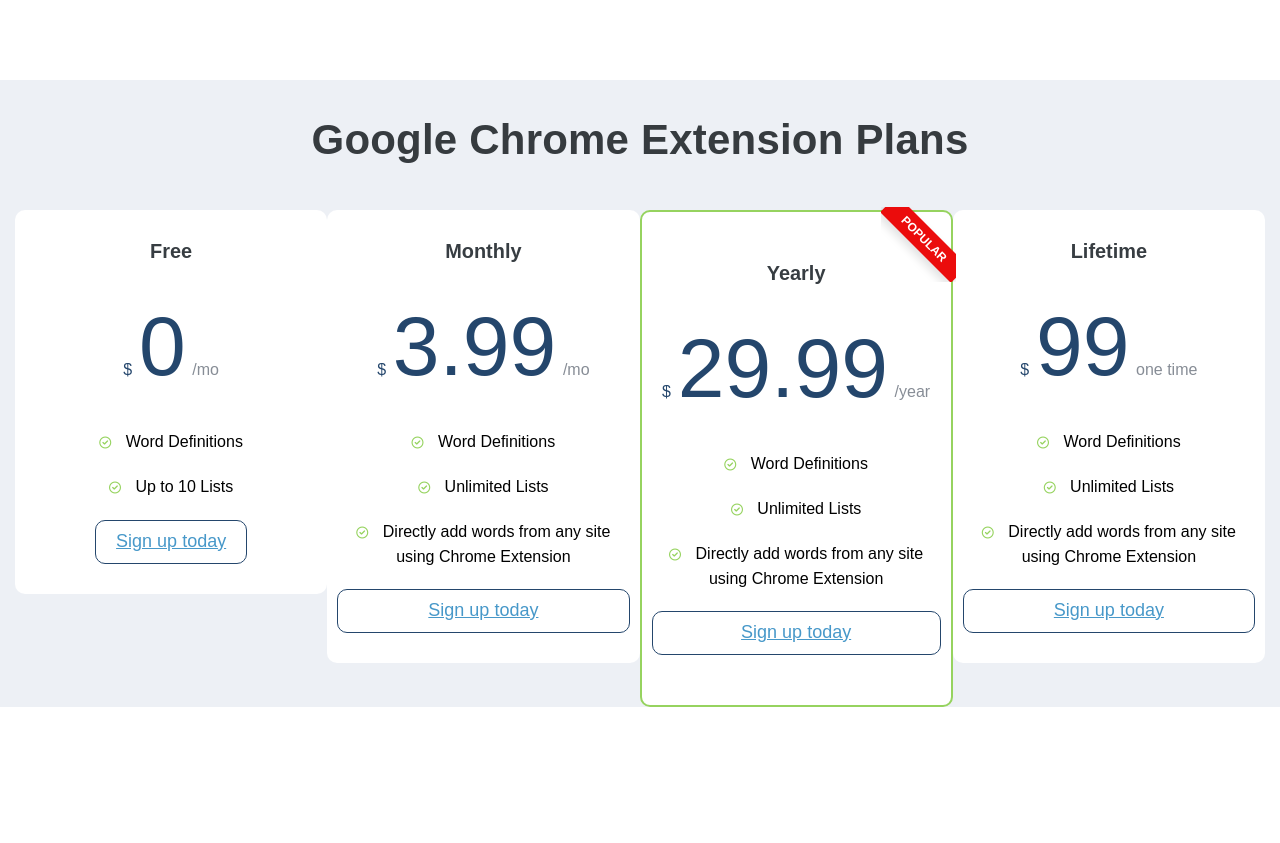
Repository: Novoselets28/chatos-test-task
Page: index.html
The author's editor kept a copy of each file at every save. The page is drawn from the files as they stood at one save, then again after the next save.
The browser window is 1280 px wide. The pictures show the whole page.

Above is the page before, as saved 2023-04-19 22:01:16.

### index.html
<!DOCTYPE html>
<html lang="en">
<head>
    <meta charset="UTF-8">
    <meta http-equiv="X-UA-Compatible" content="IE=edge">
    <meta name="viewport" content="width=device-width, initial-scale=1.0">
    <link rel="stylesheet" type="text/css" href="index.css" />
    <link rel="stylesheet" href="https://cdnjs.cloudflare.com/ajax/libs/font-awesome/6.0.0/css/all.min.css">
    <link rel="preconnect" href="https://fonts.googleapis.com">
    <link rel="preconnect" href="https://fonts.gstatic.com" crossorigin>
    <link href="https://fonts.googleapis.com/css2?family=Arimo:wght@400;700&family=Rubik&display=swap" rel="stylesheet">
    <title>Document</title>
</head>
<body>
    <div class="page__extension extension">
        <div class="extension__container _container">
            <div class="extension__header header-block">
                <h2 class="header-block__title">Google Chrome Extension Plans</h2>
            </div>
            <div class="extension__items">
                <!-- Modern pricing table - Free -->
                <div class="extension__item item-extension">
                    <h5 class="item-extension__title">Free</h5>
                    <div class="item-extension__price price-item">
                        <span class="price-item__dollar">$</span>
                        <span class="price-item__number">0</span>
                        <span class="price-item__label">/mo</span>
                    </div>
                    <div class="item-extension__points">
                        <ul class="item-extension__point point-list">
                            <li class="point-list__item">
                                <i class="icon fa-regular fa-circle-check" style="color: #96d35f;"></i>
                                Word Definitions
                            </li>
                            <li class="point-list__item">
                                <i class="icon fa-regular fa-circle-check" style="color: #96d35f;"></i>
                                Up to 10 Lists
                            </li>
                        </ul>
                        <a href="https://boostvocab.com/register" class="item-extension__button">Sign up today</a>
                    </div>

                </div>
                <!-- END : Modern pricing table - Free -->
                <!-- Modern pricing table - MOnthly -->
                <div class="extension__item item-extension">
                    <h5 class="item-extension__title">Monthly</h5>
                    <div class="item-extension__price price-item">
                        <span class="price-item__dollar">$</span>
                        <span class="price-item__number">3.99</span>
                        <span class="price-item__label">/mo</span>
                    </div>
                    <div class="item-extension__points">
                        <ul class="item-extension__point point-list">
                            <li class="point-list__item">
                                <i class="icon fa-regular fa-circle-check" style="color: #96d35f;"></i>
                                Word Definitions
                            </li>
                            <li class="point-list__item">
                                <i class="icon fa-regular fa-circle-check" style="color: #96d35f;"></i>
                                Unlimited Lists
                            </li>
                            <li class="point-list__item">
                                <i class="icon fa-regular fa-circle-check" style="color: #96d35f;"></i>
                                Directly add words from any site using Chrome Extension
                            </li>
                        </ul>
                        <a target="new" href="https://buy.stripe.com/5kAdRpbLh3k71RS6oo" class="item-extension__button">Sign up today</a>
                    </div>
                </div>
                <!-- END : Modern pricing table - Monthly -->
                <!-- Modern pricing table - Yearly -->
                <div class="extension__item item-extension item-extension_active" style="z-index: 2;">
                    <div class="ribbon"><span>POPULAR</span></div>
                    <h5 class="item-extension__title">Yearly</h5>
                    <div class="item-extension__price price-item">
                        <span class="price-item__dollar">$</span>
                        <span class="price-item__number">29.99</span>
                        <span class="price-item__label">/year</span>
                    </div>
                    <div class="item-extension__points">
                       <ul class="item-extension__point point-list">
                            <li class="point-list__item">
                                <i class="icon fa-regular fa-circle-check" style="color: #96d35f;"></i>
                                Word Definitions
                            </li>
                            <li class="point-list__item">
                                <i class="icon fa-regular fa-circle-check" style="color: #96d35f;"></i>
                                Unlimited Lists
                            </li>
                            <li class="point-list__item">
                                <i class="icon fa-regular fa-circle-check" style="color: #96d35f;"></i>
                                Directly add words from any site using Chrome Extension
                            </li>
                        </ul>
                        <a target="new" href="https://buy.stripe.com/aEU6oX3eL6wjdAA7st" class="item-extension__button">Sign up today</a>
                    </div>
                </div>
                <!-- END : Modern pricing table - Yearly -->
                <!-- Modern pricing table - Lifetime -->
                <div class="extension__item item-extension">
                    <h5 class="item-extension__title">Lifetime</h5>
                    <div class="item-extension__price price-item">
                        <span class="price-item__dollar">$</span>
                        <span class="price-item__number">99</span>
                        <span class="price-item__label">one time</span>
                    </div>
                    <div class="item-extension__points">
                        <ul class="item-extension__point point-list">
                            <li class="point-list__item">
                                <i class="icon fa-regular fa-circle-check" style="color: #96d35f;"></i>
                                Word Definitions
                            </li>
                            <li class="point-list__item">
                                <i class="icon fa-regular fa-circle-check" style="color: #96d35f;"></i>
                                Unlimited Lists
                            </li>
                            <li class="point-list__item">
                                <i class="icon fa-regular fa-circle-check" style="color: #96d35f;"></i>
                                Directly add words from any site using Chrome Extension
                            </li>
                        </ul>
                        <a target="new" href="https://buy.stripe.com/4gwfZxbLh8Er54428a" class="item-extension__button">Sign up today</a>
                    </div>
                </div>
            </div>
            <!-- END : Modern pricing table - Lifetime -->
        </div>
    </div>
</body>
</html>

### index.css
*{
    margin: 0;
    padding: 0;
    box-sizing: border-box;
}

.page__extension {

}

.extension{
    padding: 80px 0px 136px 0px;
}

.extension__container{
    background-color: #edf0f5;
}

._container{
    max-width: 100%;
    padding: 0 15px;
    margin: 0 auto;
    box-sizing: content-box;
    font-family: 'Arimo', sans-serif;
}

.extension__header{
    margin: 0 0 40px 0;
    padding: 30px 0 0;
}

.header-block{
    text-align: center;
}

.header-block__title{
    font-size: 42px;
    letter-spacing: 0.2px;
    font-weight: 700;
    line-height: 142%;
    color: #363b3f;
}

.extension__items{
    display: flex;
    align-items: flex-start;
    font-family: inherit;
    font-size: 24px;
}

.extension__item{
    flex: 0 1 33.333%;
}

.item-extension{
    display: flex;
    flex-direction: column;
    justify-content: center;
    align-items: center;
    background-color: #fff;
    padding: 30px 0;
    border-radius: 10px;
}

.item-extension_active{
    border: 2px solid #96d35f;
    left: 0px;
    position: relative;
    top: 0px;
    padding: 50px 0;
}

.ribbon {
    width: 75px;
    height: 75px;
    position: absolute;
    top: -5px;
    right: -5px;
    overflow: hidden;
}

.ribbon span {
    position: absolute;
    font-family: 'Arimo', sans-serif;
    font-weight: bold;
    top: 20px;
    right: -18px;
    transform: rotate(45deg);
    width: 100px;
    background: #eb0c0c;
    padding: 5px 0;
    color: #fff;
    text-align: center;
    font-size: 12px;
    box-shadow: 0 5px 10px rgba(0,0,0,0.12);
}

.item-extension__title{
    color: #373d42;
    margin: 0 0 35px;
}

.item-extension__price{
    color: #24466c;
}

.price-item{
    margin: 0 0 25px;
    font-size: 24px;
    font-family: 'Poppins', sans-serif;
    font-weight: lighter;
}

.price-item__dollar{
    font-size: 16px;
}

.price-item__number{
    text-transform: uppercase;
    font-size: 84px;
}

.price-item__label{
    color: #878d96;
    font-size: 16px;
}

.item-extension__points{
    display: flex;
    flex-direction: column;
    justify-content: center;
    align-items: center;
    margin: 0 10px;
}

.item-extension__point{
    color: inherit;
    font-weight: 400;
    line-height: 150%;
    font-size: 16px;
    display: flex;
    flex-direction: column;
    justify-content: space-around;
    align-items: center;
    margin: 0 0 10px;
}

.point-list{

}

.point-list__item .icon{
    content: "f058";
    font-family: "Font Awesome 6 Free";
    font-size: 12px;
    line-height: 2;
    padding: 0 10px 0 0;
}

.point-list__item{
    list-style-type: none;
    text-align: center;
    width: 100%;
    padding: 10px 0;
}

.point-list__icon{

}

.item-extension__button{
    border: 1px solid #24466c;
    min-height: 44px;
    display: flex;
    font-weight: 400;
    justify-content: center;
    align-items: center;
    line-height: 120%;
    padding: 5px 20px;
    text-align: center;
    border-radius: 10px;
    width: 100%;
    color: #4798c9;
    font-size: 18px;
}

After the next save:
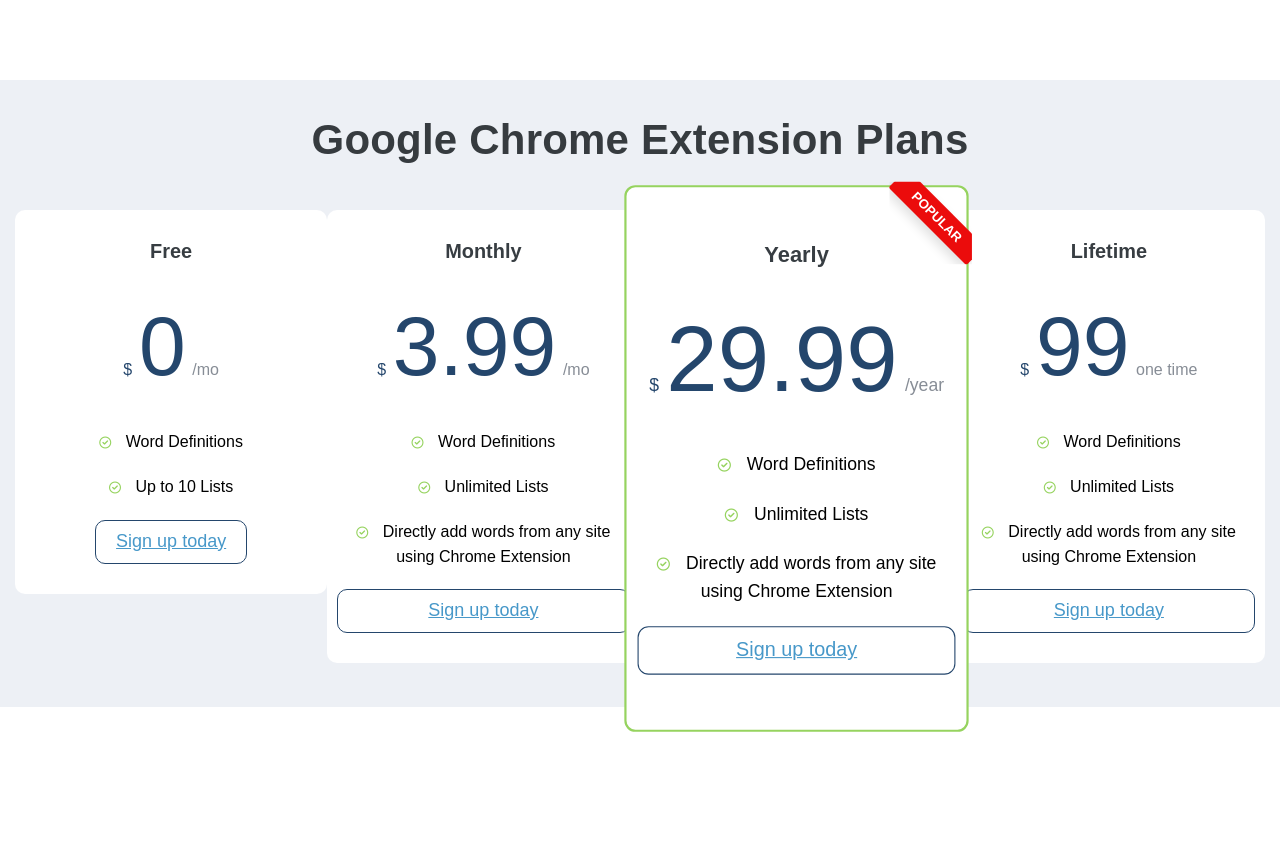
Saved 14 min 23 s later.
--- a/index.css
+++ b/index.css
@@ -68,6 +68,8 @@
     position: relative;
     top: 0px;
     padding: 50px 0;
+    transform: scale(1.1);
+    z-index: 1;
 }
 
 .ribbon {
